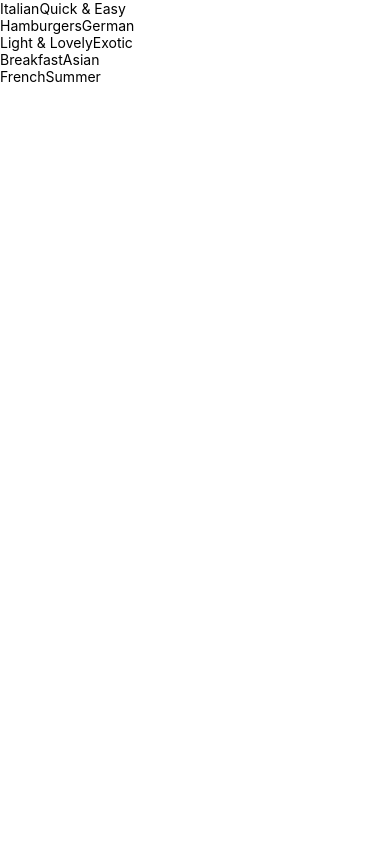
Repository: SyLe-Van/Food-Category-App
Screen: /MealsCategories
The author's editor kept a copy of each file at every save. The screen is drawn from the files as they stood at one save, then again after the next save.
An inner scrolling area shows only its first screen. The app was drawn by React Native's web renderer in a window 390 px wide. The project was rebuilt for these pictures with package versions that can differ from the ones it lists, and the page was loaded fresh each time.

Above is the screen before, as saved 2024-02-17 15:20:50.

### App.js
import { StatusBar } from "expo-status-bar";
import { StyleSheet } from "react-native";
import CategoriesScreen from "./screens/CategoriesScreen";

export default function App() {
  return <CategoriesScreen />;
}

const styles = StyleSheet.create({
  container: {
    flex: 1,
    backgroundColor: "#fff",
    alignItems: "center",
    justifyContent: "center",
  },
});

### screens/CategoriesScreen.js
import { FlatList } from "react-native";
import { CATEGORIES } from "../data/dummy-data";
import CategoryGridItem from "../components/CategoryGridTitle";
function renderCategoryItem(itemData) {
  return (
    <CategoryGridItem title={itemData.item.title} color={itemData.item.color} />
  );
}
function CategoriesScreen() {
  return (
    <FlatList
      data={CATEGORIES}
      keyExtractor={(item) => item.id}
      renderItem={renderCategoryItem}
      numColumns={2}
    />
  );
}
export default CategoriesScreen;

### data/dummy-data.js
import Category from "../models/category";
import Meal from "../models/meal";

export const CATEGORIES = [
  new Category("c1", "Italian", "#f5428d"),
  new Category("c2", "Quick & Easy", "#f54242"),
  new Category("c3", "Hamburgers", "#f5a442"),
  new Category("c4", "German", "#f5d142"),
  new Category("c5", "Light & Lovely", "#368dff"),
  new Category("c6", "Exotic", "#41d95d"),
  new Category("c7", "Breakfast", "#9eecff"),
  new Category("c8", "Asian", "#b9ffb0"),
  new Category("c9", "French", "#ffc7ff"),
  new Category("c10", "Summer", "#47fced"),
];

export const MEALS = [
  new Meal(
    "m1",
    ["c1", "c2"],
    "Spaghetti with Tomato Sauce",
    "affordable",
    "simple",
    "https://upload.wikimedia.org/wikipedia/commons/thumb/2/20/Spaghetti_Bolognese_mit_Parmesan_oder_Grana_Padano.jpg/800px-Spaghetti_Bolognese_mit_Parmesan_oder_Grana_Padano.jpg",
    20,
    [
      "4 Tomatoes",
      "1 Tablespoon of Olive Oil",
      "1 Onion",
      "250g Spaghetti",
      "Spices",
      "Cheese (optional)",
    ],
    [
      "Cut the tomatoes and the onion into small pieces.",
      "Boil some water - add salt to it once it boils.",
      "Put the spaghetti into the boiling water - they should be done in about 10 to 12 minutes.",
      "In the meantime, heaten up some olive oil and add the cut onion.",
      "After 2 minutes, add the tomato pieces, salt, pepper and your other spices.",
      "The sauce will be done once the spaghetti are.",
      "Feel free to add some cheese on top of the finished dish.",
    ],
    false,
    true,
    true,
    true
  ),

  new Meal(
    "m2",
    ["c2"],
    "Toast Hawaii",
    "affordable",
    "simple",
    "https://cdn.pixabay.com/photo/2018/07/11/21/51/toast-3532016_1280.jpg",
    10,
    [
      "1 Slice White Bread",
      "1 Slice Ham",
      "1 Slice Pineapple",
      "1-2 Slices of Cheese",
      "Butter",
    ],
    [
      "Butter one side of the white bread",
      "Layer ham, the pineapple and cheese on the white bread",
      "Bake the toast for round about 10 minutes in the oven at 200°C",
    ],
    false,
    false,
    false,
    false
  ),

  new Meal(
    "m3",
    ["c3"],
    "Classic Hamburger",
    "pricey",
    "simple",
    "https://cdn.pixabay.com/photo/2014/10/23/18/05/burger-500054_1280.jpg",
    45,
    [
      "300g Cattle Hack",
      "1 Tomato",
      "1 Cucumber",
      "1 Onion",
      "Ketchup",
      "2 Burger Buns",
    ],
    [
      "Form 2 patties",
      "Fry the patties for c. 4 minutes on each side",
      "Quickly fry the buns for c. 1 minute on each side",
      "Bruch buns with ketchup",
      "Serve burger with tomato, cucumber and onion",
    ],
    false,
    false,
    false,
    true
  ),

  new Meal(
    "m4",
    ["c4"],
    "Wiener Schnitzel",
    "luxurious",
    "challenging",
    "https://cdn.pixabay.com/photo/2018/03/31/19/29/schnitzel-3279045_1280.jpg",
    60,
    [
      "8 Veal Cutlets",
      "4 Eggs",
      "200g Bread Crumbs",
      "100g Flour",
      "300ml Butter",
      "100g Vegetable Oil",
      "Salt",
      "Lemon Slices",
    ],
    [
      "Tenderize the veal to about 2–4mm, and salt on both sides.",
      "On a flat plate, stir the eggs briefly with a fork.",
      "Lightly coat the cutlets in flour then dip into the egg, and finally, coat in breadcrumbs.",
      "Heat the butter and oil in a large pan (allow the fat to get very hot) and fry the schnitzels until golden brown on both sides.",
      "Make sure to toss the pan regularly so that the schnitzels are surrounded by oil and the crumbing becomes ‘fluffy’.",
      "Remove, and drain on kitchen paper. Fry the parsley in the remaining oil and drain.",
      "Place the schnitzels on awarmed plate and serve garnishedwith parsley and slices of lemon.",
    ],
    false,
    false,
    false,
    false
  ),

  new Meal(
    "m5",
    ["c2", "c5", "c10"],
    "Salad with Smoked Salmon",
    "luxurious",
    "simple",
    "https://cdn.pixabay.com/photo/2016/10/25/13/29/smoked-salmon-salad-1768890_1280.jpg",
    15,
    [
      "Arugula",
      "Lamb's Lettuce",
      "Parsley",
      "Fennel",
      "200g Smoked Salmon",
      "Mustard",
      "Balsamic Vinegar",
      "Olive Oil",
      "Salt and Pepper",
    ],
    [
      "Wash and cut salad and herbs",
      "Dice the salmon",
      "Process mustard, vinegar and olive oil into a dessing",
      "Prepare the salad",
      "Add salmon cubes and dressing",
    ],
    true,
    false,
    true,
    true
  ),

  new Meal(
    "m6",
    ["c6", "c10"],
    "Delicious Orange Mousse",
    "affordable",
    "hard",
    "https://cdn.pixabay.com/photo/2017/05/01/05/18/pastry-2274750_1280.jpg",
    240,
    [
      "4 Sheets of Gelatine",
      "150ml Orange Juice",
      "80g Sugar",
      "300g Yoghurt",
      "200g Cream",
      "Orange Peel",
    ],
    [
      "Dissolve gelatine in pot",
      "Add orange juice and sugar",
      "Take pot off the stove",
      "Add 2 tablespoons of yoghurt",
      "Stir gelatin under remaining yoghurt",
      "Cool everything down in the refrigerator",
      "Whip the cream and lift it under die orange mass",
      "Cool down again for at least 4 hours",
      "Serve with orange peel",
    ],
    true,
    false,
    true,
    false
  ),

  new Meal(
    "m7",
    ["c7"],
    "Pancakes",
    "affordable",
    "simple",
    "https://cdn.pixabay.com/photo/2018/07/10/21/23/pancake-3529653_1280.jpg",
    20,
    [
      "1 1/2 Cups all-purpose Flour",
      "3 1/2 Teaspoons Baking Powder",
      "1 Teaspoon Salt",
      "1 Tablespoon White Sugar",
      "1 1/4 cups Milk",
      "1 Egg",
      "3 Tablespoons Butter, melted",
    ],
    [
      "In a large bowl, sift together the flour, baking powder, salt and sugar.",
      "Make a well in the center and pour in the milk, egg and melted butter; mix until smooth.",
      "Heat a lightly oiled griddle or frying pan over medium high heat.",
      "Pour or scoop the batter onto the griddle, using approximately 1/4 cup for each pancake. Brown on both sides and serve hot.",
    ],
    true,
    false,
    true,
    false
  ),

  new Meal(
    "m8",
    ["c8"],
    "Creamy Indian Chicken Curry",
    "pricey",
    "challenging",
    "https://cdn.pixabay.com/photo/2018/06/18/16/05/indian-food-3482749_1280.jpg",
    35,
    [
      "4 Chicken Breasts",
      "1 Onion",
      "2 Cloves of Garlic",
      "1 Piece of Ginger",
      "4 Tablespoons Almonds",
      "1 Teaspoon Cayenne Pepper",
      "500ml Coconut Milk",
    ],
    [
      "Slice and fry the chicken breast",
      "Process onion, garlic and ginger into paste and sauté everything",
      "Add spices and stir fry",
      "Add chicken breast + 250ml of water and cook everything for 10 minutes",
      "Add coconut milk",
      "Serve with rice",
    ],
    true,
    false,
    false,
    true
  ),

  new Meal(
    "m9",
    ["c9"],
    "Chocolate Souffle",
    "affordable",
    "hard",
    "https://cdn.pixabay.com/photo/2014/08/07/21/07/souffle-412785_1280.jpg",
    45,
    [
      "1 Teaspoon melted Butter",
      "2 Tablespoons white Sugar",
      "2 Ounces 70% dark Chocolate, broken into pieces",
      "1 Tablespoon Butter",
      "1 Tablespoon all-purpose Flour",
      "4 1/3 tablespoons cold Milk",
      "1 Pinch Salt",
      "1 Pinch Cayenne Pepper",
      "1 Large Egg Yolk",
      "2 Large Egg Whites",
      "1 Pinch Cream of Tartar",
      "1 Tablespoon white Sugar",
    ],
    [
      "Preheat oven to 190°C. Line a rimmed baking sheet with parchment paper.",
      "Brush bottom and sides of 2 ramekins lightly with 1 teaspoon melted butter; cover bottom and sides right up to the rim.",
      "Add 1 tablespoon white sugar to ramekins. Rotate ramekins until sugar coats all surfaces.",
      "Place chocolate pieces in a metal mixing bowl.",
      "Place bowl over a pan of about 3 cups hot water over low heat.",
      "Melt 1 tablespoon butter in a skillet over medium heat. Sprinkle in flour. Whisk until flour is incorporated into butter and mixture thickens.",
      "Whisk in cold milk until mixture becomes smooth and thickens. Transfer mixture to bowl with melted chocolate.",
      "Add salt and cayenne pepper. Mix together thoroughly. Add egg yolk and mix to combine.",
      "Leave bowl above the hot (not simmering) water to keep chocolate warm while you whip the egg whites.",
      "Place 2 egg whites in a mixing bowl; add cream of tartar. Whisk until mixture begins to thicken and a drizzle from the whisk stays on the surface about 1 second before disappearing into the mix.",
      "Add 1/3 of sugar and whisk in. Whisk in a bit more sugar about 15 seconds.",
      "whisk in the rest of the sugar. Continue whisking until mixture is about as thick as shaving cream and holds soft peaks, 3 to 5 minutes.",
      "Transfer a little less than half of egg whites to chocolate.",
      "Mix until egg whites are thoroughly incorporated into the chocolate.",
      "Add the rest of the egg whites; gently fold into the chocolate with a spatula, lifting from the bottom and folding over.",
      "Stop mixing after the egg white disappears. Divide mixture between 2 prepared ramekins. Place ramekins on prepared baking sheet.",
      "Bake in preheated oven until scuffles are puffed and have risen above the top of the rims, 12 to 15 minutes.",
    ],
    true,
    false,
    true,
    false
  ),
  new Meal(
    "m10",
    ["c2", "c5", "c10"],
    "Asparagus Salad with Cherry Tomatoes",
    "luxurious",
    "simple",
    "https://cdn.pixabay.com/photo/2018/04/09/18/26/asparagus-3304997_1280.jpg",
    30,
    [
      "White and Green Asparagus",
      "30g Pine Nuts",
      "300g Cherry Tomatoes",
      "Salad",
      "Salt, Pepper and Olive Oil",
    ],
    [
      "Wash, peel and cut the asparagus",
      "Cook in salted water",
      "Salt and pepper the asparagus",
      "Roast the pine nuts",
      "Halve the tomatoes",
      "Mix with asparagus, salad and dressing",
      "Serve with Baguette",
    ],
    true,
    true,
    true,
    true
  ),
];

### components/CategoryGridTitle.js
import { Pressable, View, Text, StyleSheet } from "react-native";

function CategoryGridItem({ title, color }) {
  return (
    <View>
      <Pressable>
        <View>
          <Text>{title}</Text>
        </View>
      </Pressable>
    </View>
  );
}
export default CategoryGridItem;

const styles = StyleSheet.create({
  gridItem: {
    flex: 1,
    margin: 16,
    height: 150,
    borderRadius: 8,
  },
});

Loaded but not shown: models/category.js (common file); models/meal.js (common file)

After the next save:
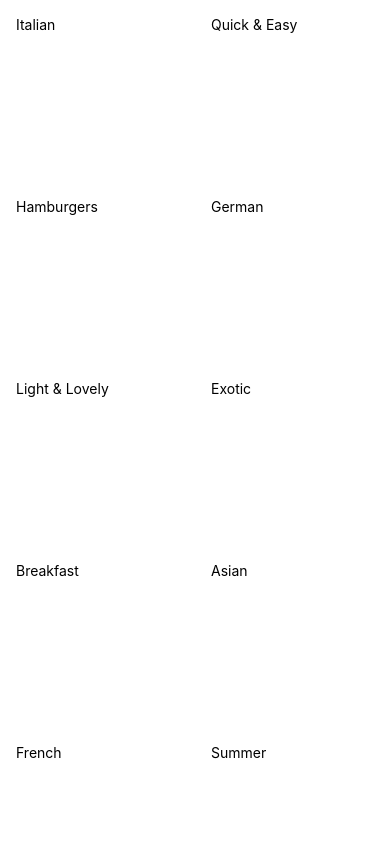
Saved 22 s later.
--- a/components/CategoryGridTitle.js
+++ b/components/CategoryGridTitle.js
@@ -2,7 +2,7 @@ import { Pressable, View, Text, StyleSheet } from "react-native";
 
 function CategoryGridItem({ title, color }) {
   return (
-    <View>
+    <View style={styles.gridItem}>
       <Pressable>
         <View>
           <Text>{title}</Text>
